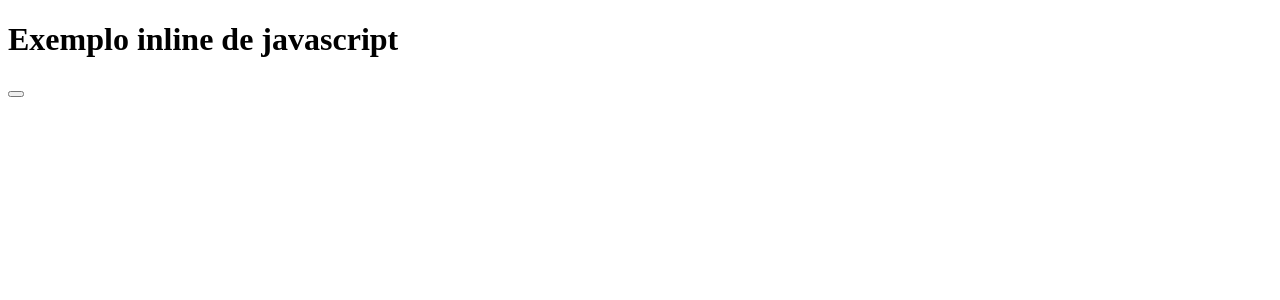
Repository: aquilesascar/TCC_1
Page: Tela Inicial/teste/index.html
These files come from the project's save history. The page is drawn as it stood at one moment and after the next save; the edit follows.
The browser window is 1280 px wide. The pictures show the whole page.

Above is the page before, as saved 2023-06-19 14:35:22.

After the next save:
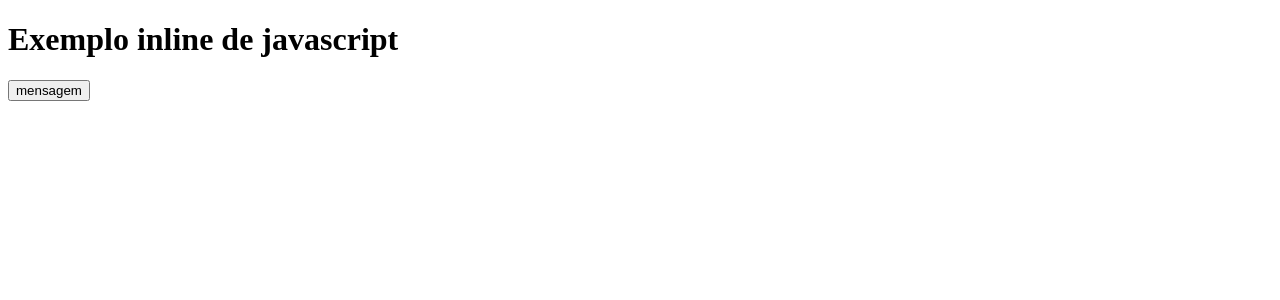
Saved 5 s later.
--- a/Tela Inicial/teste/index.html
+++ b/Tela Inicial/teste/index.html
@@ -8,6 +8,6 @@
 </head>
 <body>
     <h1>Exemplo inline de javascript</h1>
-    <button></button>
+    <button>mensagem</button>
 </body>
 </html>
